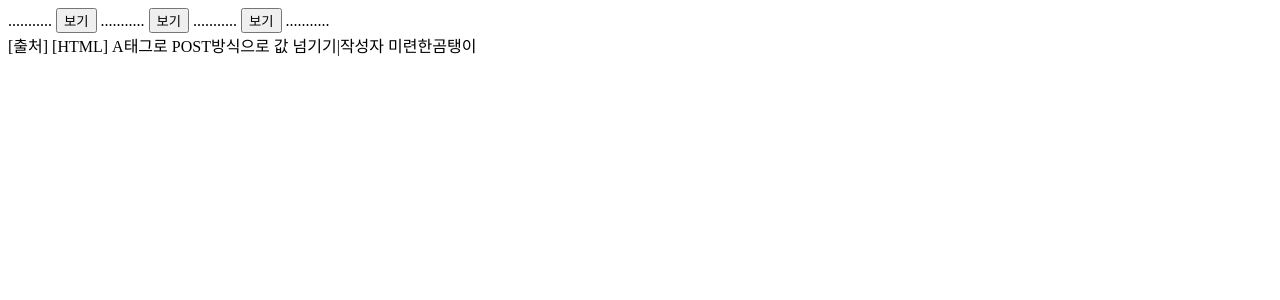
Repository: fepanbr/bumblbug
Page: http://localhost/HelloWorld/practice.jsp
An editor plug-in stored every save of this project. The page is shown before and after the next save, followed by the edit.
The browser window is 1280 px wide. The pictures show the whole page.
The page is served by Tomcat 9.

Above is the page before, as saved 2019-05-26 10:52:19.

### HelloWorld/WebContent/practice.jsp
<%@ page language="java" contentType="text/html; charset=UTF-8"
    pageEncoding="UTF-8"%>
<!DOCTYPE html>
<html>
  <head>
    <meta charset="utf-8">
    <title>a태그 form 전송</title>
    <script>

    function content_view(idnum){
         var f=document.contents;   //폼 name
         myWin=window.open('','POP','location=no,status=no,toolbar=no,scrollbars=no,width=650,height=650');
         f.id.value = idnum;    //POST방식으로 넘기고 싶은 값(hidden 변수에 값을 넣음)
         f.action="XXXXXXX.php"; //이동할 페이지
         f.target="POP";    //폼의 타겟 지정(위의 새창을 지정함)
         f.method="post"; //POST방식
         f.submit();
}
</script>



  </head>
  <body>
    <form name="contents">
        <input type="hidden" name="id"/>
         ...........
         <input type='button' value='보기' onClick='javascript:content_view(ID값);'/>
         ...........
         <input type='button' value='보기' onClick='javascript:content_view(ID값);'/>
         ...........
         <input type='button' value='보기' onClick='javascript:content_view(ID값);'/>
         ...........
</form>
[출처] [HTML] A태그로 POST방식으로 값 넘기기|작성자 미련한곰탱이


  </body>
</html>

After the next save:
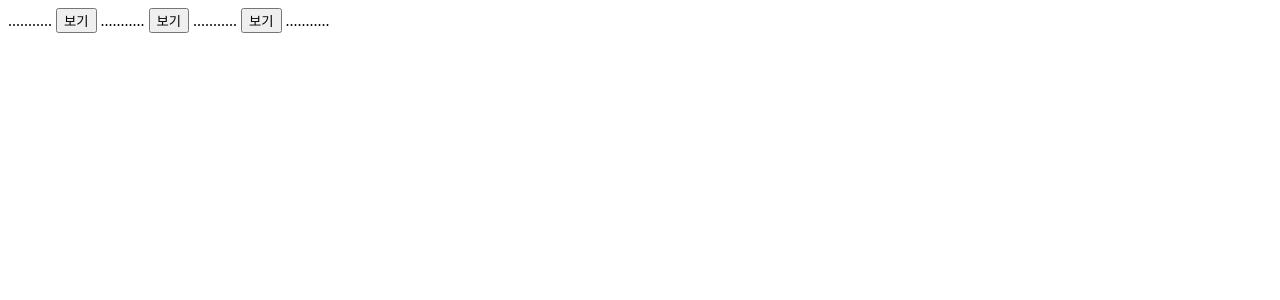
Saved 7 s later.
--- a/HelloWorld/WebContent/practice.jsp
+++ b/HelloWorld/WebContent/practice.jsp
@@ -32,7 +32,6 @@
          <input type='button' value='보기' onClick='javascript:content_view(ID값);'/>
          ...........
 </form>
-[출처] [HTML] A태그로 POST방식으로 값 넘기기|작성자 미련한곰탱이
 
 
   </body>
